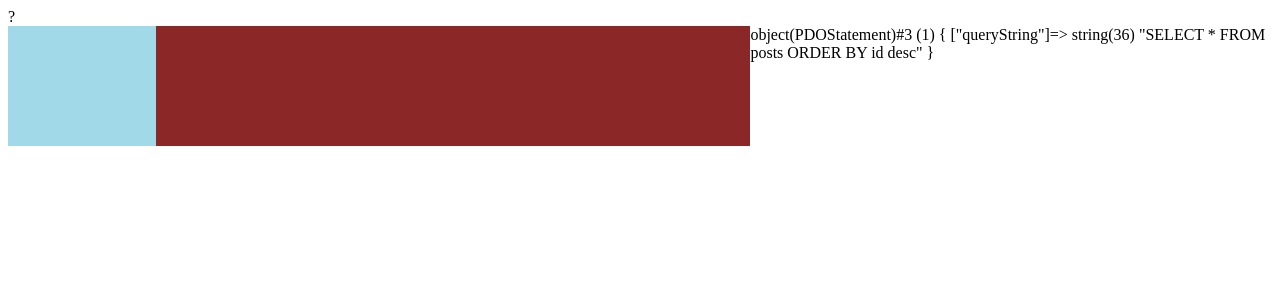
Repository: natuki-i/curriculum
Page: http://localhost/
The author's editor kept a copy of each file at every save. The page is drawn from the files as they stood at one save, then again after the next save.
The browser window is 1280 px wide. The pictures show the whole page.
The page is run by PHP 8.4 with error messages shown; the project is at /var/www/html/. Queries for data that is not in the repository find no rows.

Above is the page before, as saved 2023-01-17 08:30:55.

### PHPjob/4-2/index.php
?<!DOCTYPE html>
<html lang="en">
<head>
    <meta charset="UTF-8">
    <meta http-equiv="X-UA-Compatible" content="IE=edge">
    <meta name="viewport" content="width=device-width, initial-scale=1.0">
    <title>Document</title>
    <link rel="stylesheet" href="./css/style.css"
</head>
<body>
<div class="header clearfix">
<div class="logo_area">
<!-- <img src="image/4-2_logo.png" style="display: block; margin: auto;">
 --></div>
<div class="m_right">
</div>

<?php
include_once("getData.php");

$errorMessage = "";
$signUpMessage = "";

$getdata = new getData();
$userdata = $getdata->getUserData();
$postdata = $getdata->getPostData();


var_dump($postdata);

foreach ($postdata as $row) {
    echo $row["id"];
    echo $row["title"];
    echo $row['category_no'];
    echo $row["comment"];
    echo $row["created"];
    echo '<br>';
}

?>

</body>
</html>

### PHPjob/4-2/getData.php
<?php
require_once("pdo.php");

class getData{

    public $pdo;
    public $data;

    //コンストラクタ
    function __construct()  {
        $this->pdo = connect();
    }

    /**
     * ユーザ情報の取得
     *
     * @param
     * @return array $users_data ユーザ情報
     */
    public function getUserData(){
        $getusers_sql = "SELECT * FROM users limit 1";
        $users_data = $this->pdo->query($getusers_sql)->fetch(PDO::FETCH_ASSOC);
        return $users_data;
    }

    /**
     * 記事情報の取得
     *
     * @param
     * @return array $post_data 記事情報
     */
    public function getPostData(){
        $getposts_sql = "SELECT * FROM posts ORDER BY id desc";
        $post_data = $this->pdo->query($getposts_sql);
        return $post_data;
    }
}

### PHPjob/4-2/pdo.php
<?php
// DB名
define('DB_DATABASE', 'checktest4');
// MySQLのユーザー名
define('DB_USERNAME', 'root');
// MySQLのログインパスワード
define('DB_PASSWORD', 'root');
// DSN
define('PDO_DSN', 'mysql:host=localhost;charset=utf8;dbname=' . DB_DATABASE);

/**
 * DBの接続設定をしたPDOインスタンスを返却する
 * @return object
 */
function connect()
{
	try {
		// PDOインスタンスの作成
		$pdo = new PDO(PDO_DSN, DB_USERNAME, DB_PASSWORD);
		// エラー処理方法の設定
		$pdo->setAttribute(PDO::ATTR_ERRMODE, PDO::ERRMODE_EXCEPTION);
		return $pdo;
	} catch (PDOException $e) {
		echo 'Error: ' . $e->getMessage();
		die();
	}
}

### PHPjob/4-2/css/style.css
.header {
    display: flex;
}

.logo_area {
    width: 200px;
    height: 120px;
    background-color: #a1d9e8;
}

.m_right {
    width: 800px;
    height: 120px;
    background-color: #8c2727;
    display: flex;
    align-items: center;
    justify-content: flex-start;
}

After the next save:
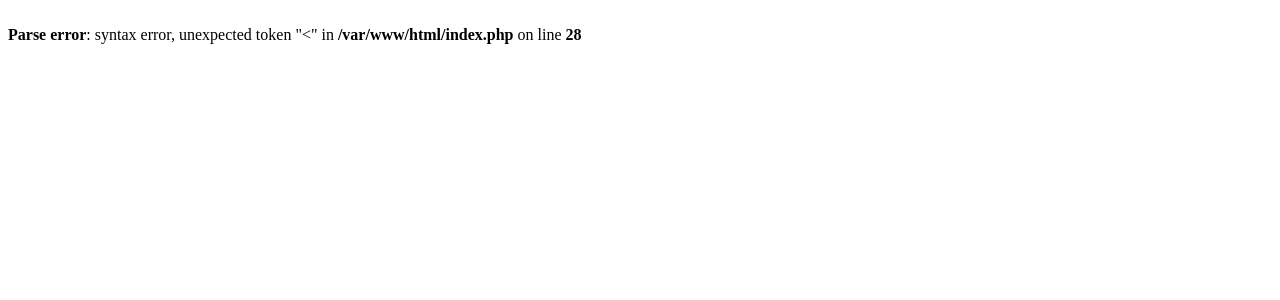
Saved 106 s later.
--- a/PHPjob/4-2/index.php
+++ b/PHPjob/4-2/index.php
@@ -25,7 +25,7 @@
 $userdata = $getdata->getUserData();
 $postdata = $getdata->getPostData();
 
-
+echo <br>;
 var_dump($postdata);
 
 foreach ($postdata as $row) {

After the save that followed:
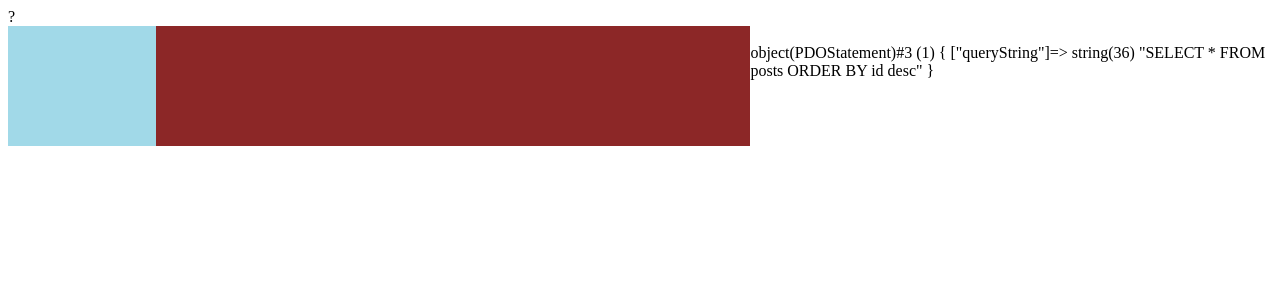
Saved 18 s later.
--- a/PHPjob/4-2/index.php
+++ b/PHPjob/4-2/index.php
@@ -25,7 +25,7 @@
 $userdata = $getdata->getUserData();
 $postdata = $getdata->getPostData();
 
-echo <br>;
+echo '<br>';
 var_dump($postdata);
 
 foreach ($postdata as $row) {
